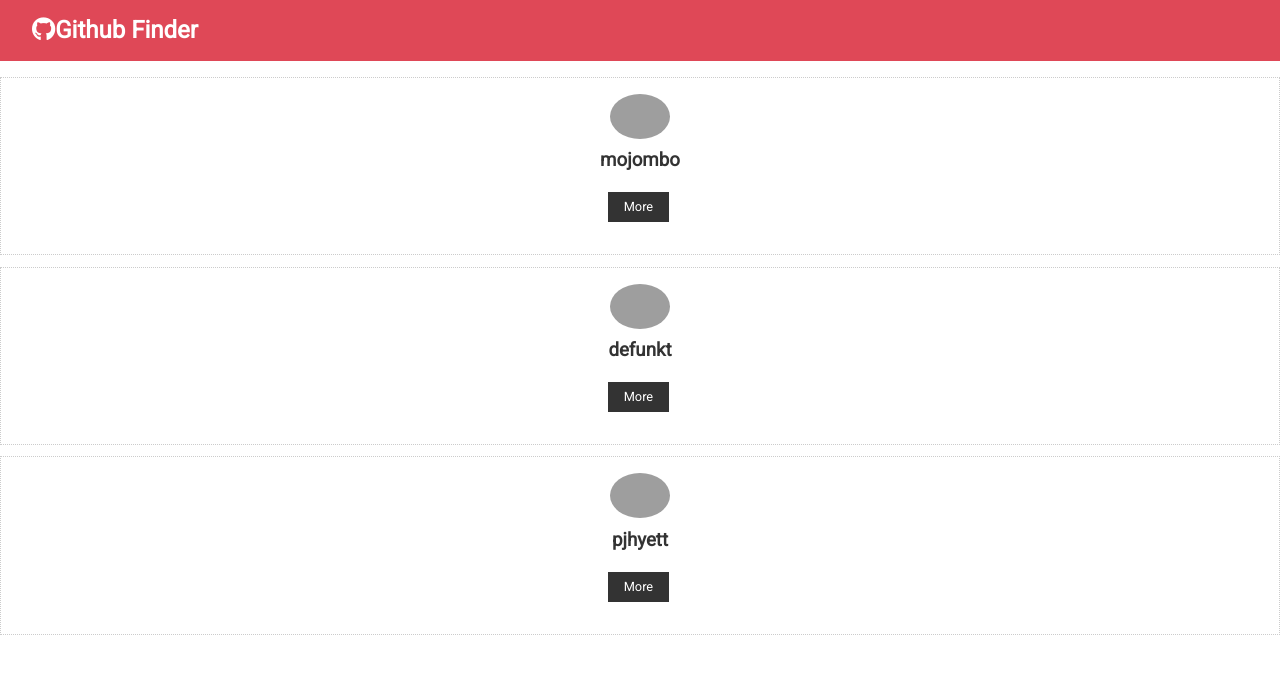
Repository: messimacky/github-finder
Page: /
The author's editor kept a copy of each file at every save. The page is drawn from the files as they stood at one save, then again after the next save.
The browser window is 1280 px wide. The pictures show the whole page.
Pictures or frames that could not be fetched are drawn as grey boxes. Some web libraries are served in a nearby version. The project was rebuilt for these pictures with package versions that can differ from the ones it lists, and the page was loaded fresh each time.

Above is the page before, as saved 2022-02-21 17:16:10.

After the next save:
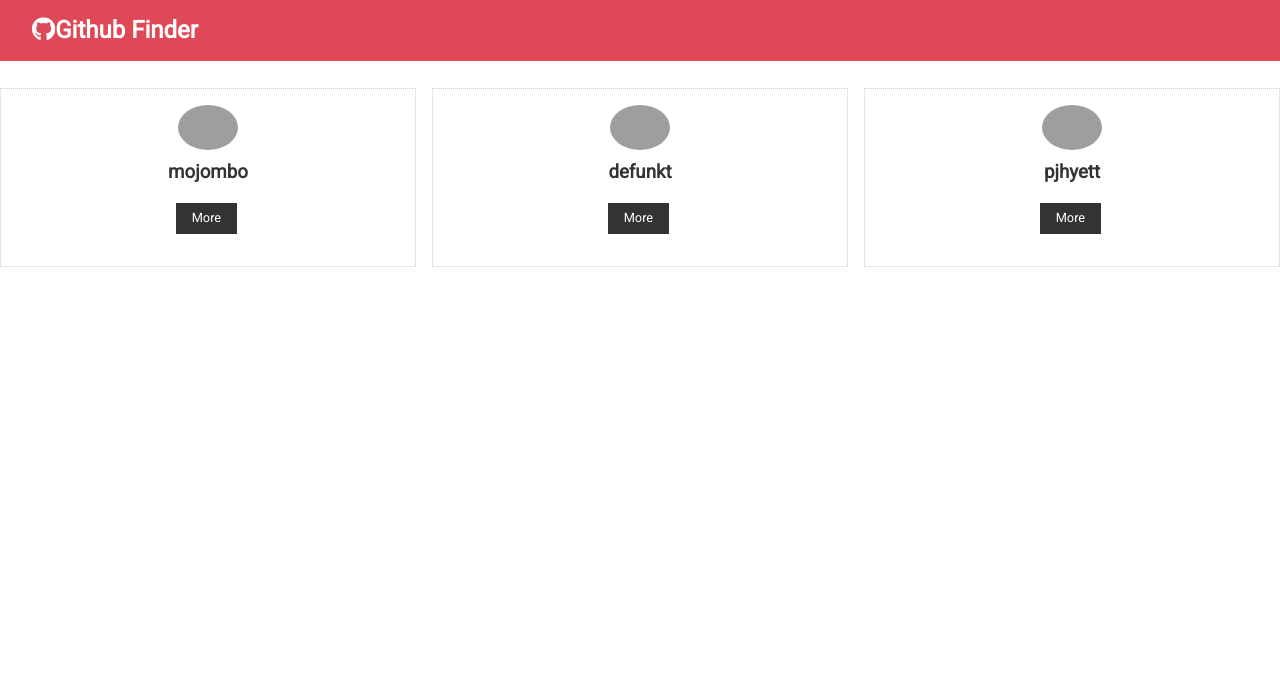
Saved 4 min 27 s later.
--- a/src/users/Users.js
+++ b/src/users/Users.js
@@ -28,7 +28,7 @@
     }
   render() {
     return (
-      <div>
+      <div style={userStyle}>
       {this.state.users.map(user => (
           <UserItem key={user.id} user={user} />
       ))}
@@ -37,4 +37,10 @@
   }
 }
 
+const userStyle = {
+    display: 'grid',
+    gridTemplateColumns: 'repeat(3, 1fr)',
+    gridGap: '1rem'
+}
+
 export default Users
